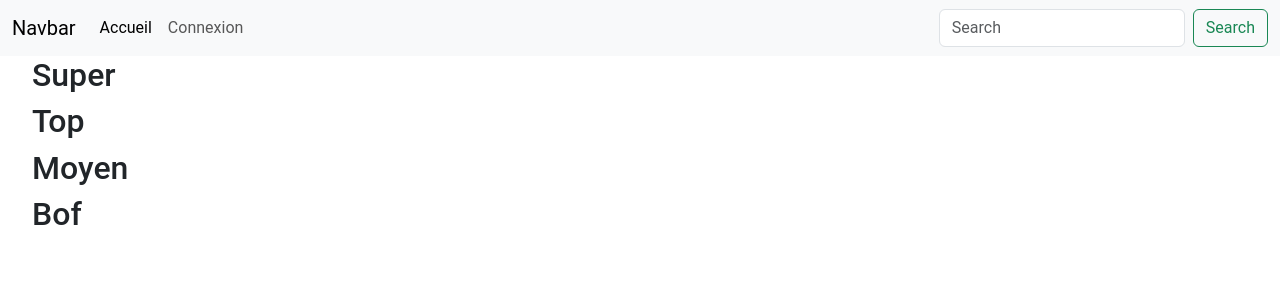
Repository: tecouz/Angular
Page: / (app in projet Angular/demo-angular-dfs2-g2/)
An editor plug-in stored every save of this project. The page is shown before and after the next save, followed by the edit.
The browser window is 1280 px wide. The pictures show the whole page.
The project was rebuilt for these pictures with package versions that can differ from the ones it lists, and the page was loaded fresh each time. Also part of the build but not shown: projet Angular/demo-angular-dfs2-g2/angular.json, projet Angular/demo-angular-dfs2-g2/src/app/pages/connexion/connexion.component.ts, projet Angular/demo-angular-dfs2-g2/src/app/pages/page404/page404.component.ts.

Above is the page before, as saved 2024-11-25 11:31:49.

### projet Angular/demo-angular-dfs2-g2/src/index.html
<!doctype html>
<html lang="en">
<head>
  <meta charset="utf-8">
  <title>DemoAngularDfs2G2</title>
  <base href="/">
  <meta name="viewport" content="width=device-width, initial-scale=1">
  <link rel="icon" type="image/x-icon" href="favicon.ico">
  <link href="https://cdn.jsdelivr.net/npm/bootstrap@5.3.3/dist/css/bootstrap.min.css" rel="stylesheet" integrity="sha384-QWTKZyjpPEjISv5WaRU9OFeRpok6YctnYmDr5pNlyT2bRjXh0JMhjY6hW+ALEwIH" crossorigin="anonymous">
</head>
<body>
  <app-root></app-root>
  <script src="https://cdn.jsdelivr.net/npm/bootstrap@5.3.3/dist/js/bootstrap.bundle.min.js" integrity="sha384-YvpcrYf0tY3lHB60NNkmXc5s9fDVZLESaAA55NDzOxhy9GkcIdslK1eN7N6jIeHz" crossorigin="anonymous"></script>
</body>
</html>

### projet Angular/demo-angular-dfs2-g2/src/app/app.component.ts
import { Component } from '@angular/core';
import { RouterLink, RouterOutlet } from '@angular/router';

@Component({
  selector: 'app-root',
  imports: [RouterOutlet, RouterLink],
  templateUrl: './app.component.html',
  styleUrl: './app.component.scss'
})
export class AppComponent {
  title = 'demo-angular-dfs2-g2';
}

### projet Angular/demo-angular-dfs2-g2/src/app/app.routes.ts
import { Routes } from '@angular/router';
import { AccueilComponent } from './pages/accueil/accueil.component';
import { ConnexionComponent } from './pages/connexion/connexion.component';
import { Page404Component } from './pages/page404/page404.component';

export const routes: Routes = [
    {path: "accueil", component: AccueilComponent},
    {path: "connexion", component: ConnexionComponent},
    {path: "", redirectTo: "accueil", pathMatch: "full"},
    {path: "**", component:Page404Component},
];

### projet Angular/demo-angular-dfs2-g2/src/app/app.component.html
<nav class="navbar navbar-expand-lg bg-body-tertiary">
  <div class="container-fluid">
    <a class="navbar-brand">Navbar</a>
    <button class="navbar-toggler" type="button" data-bs-toggle="collapse" data-bs-target="#navbarSupportedContent"
      aria-controls="navbarSupportedContent" aria-expanded="false" aria-label="Toggle navigation">
      <span class="navbar-toggler-icon"></span>
    </button>
    <div class="collapse navbar-collapse" id="navbarSupportedContent">
      <ul class="navbar-nav me-auto mb-2 mb-lg-0">
        <li class="nav-item">
          <a class="nav-link active" routerLink="/accueil">Accueil</a>
        </li>
        <li class="nav-item">
          <a class="nav-link" routerLink="/connexion">Connexion</a>
        </li>
      </ul>
      <form class="d-flex" role="search">
        <input class="form-control me-2" type="search" placeholder="Search" aria-label="Search">
        <button class="btn btn-outline-success" type="submit">Search</button>
      </form>
    </div>
  </div>
</nav>

<router-outlet></router-outlet>

### projet Angular/demo-angular-dfs2-g2/src/app/pages/accueil/accueil.component.ts
import { Component } from '@angular/core';

@Component({
  selector: 'app-accueil',
  imports: [],
  templateUrl: './accueil.component.html',
  styleUrl: './accueil.component.scss'
})
export class AccueilComponent {

  listeCategories = ["Super", "Top", "Moyen", "Bof"]

}

### projet Angular/demo-angular-dfs2-g2/src/app/pages/accueil/accueil.component.html
<ul>
    @for (categorie of listeCategories; track $index) {

    <h2>{{categorie}}</h2>
    }
</ul>

Loaded but not shown: projet Angular/demo-angular-dfs2-g2/src/styles.scss (common file); projet Angular/demo-angular-dfs2-g2/src/main.ts (common file); projet Angular/demo-angular-dfs2-g2/src/app/app.config.ts (common file); projet Angular/demo-angular-dfs2-g2/src/app/app.component.scss (no stored copy; drawn as an empty file); projet Angular/demo-angular-dfs2-g2/src/app/pages/accueil/accueil.component.scss (no stored copy; drawn as an empty file)

After the next save:
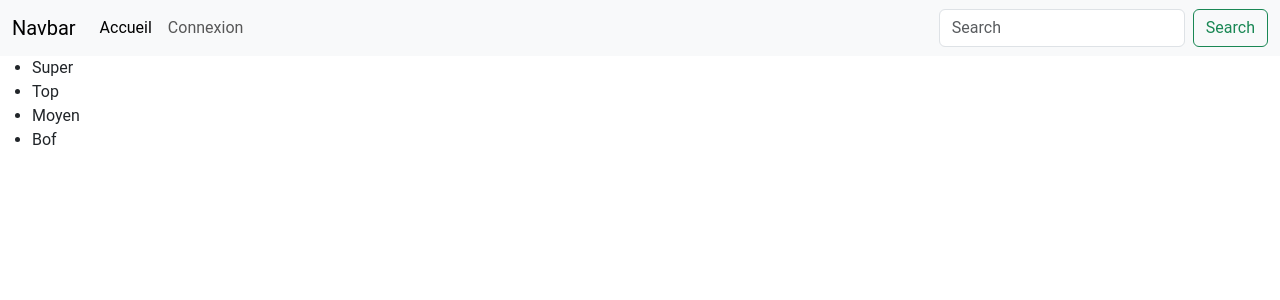
Saved 18 s later.
--- a/projet Angular/demo-angular-dfs2-g2/src/app/pages/accueil/accueil.component.html
+++ b/projet Angular/demo-angular-dfs2-g2/src/app/pages/accueil/accueil.component.html
@@ -1,6 +1,6 @@
 <ul>
     @for (categorie of listeCategories; track $index) {
 
-    <h2>{{categorie}}</h2>
+    <li>{{categorie}}</li>
     }
 </ul>
